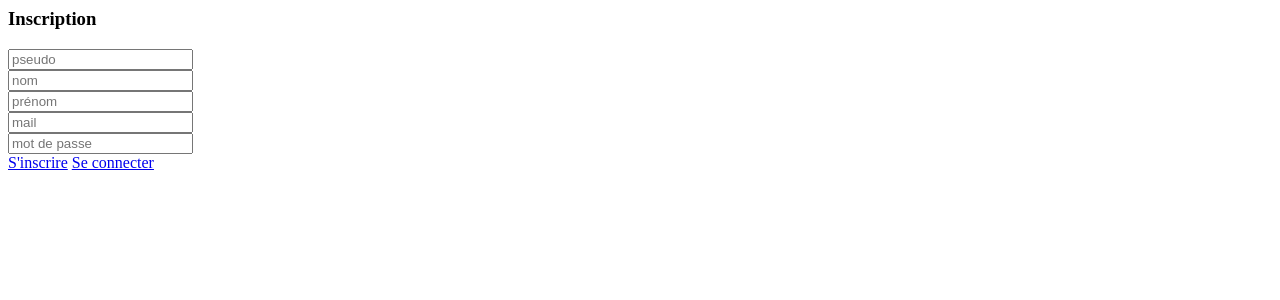
Repository: mitantsoa1/site_test
Page: http://localhost/Views/formIndexview.php
An editor plug-in stored every save of this project. The page is shown before and after the next save, followed by the edit.
The browser window is 1280 px wide. The pictures show the whole page.
The page is run by PHP 8.4 with error messages shown; the project is at /var/www/html/.

Above is the page before, as saved 2021-02-06 15:21:06.

After the next save:
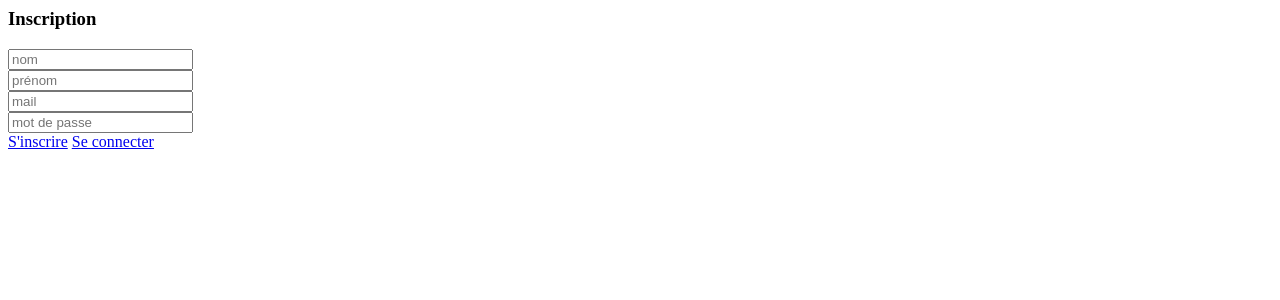
Saved 39 s later.
--- a/Views/formIndexview.php
+++ b/Views/formIndexview.php
@@ -3,10 +3,9 @@
 							<!-- Titre colonne -->
 							<h3 class="text-center">Inscription</h3>
 							<!-- Titre colone -->
-							<div class="form-group">
-
+							<!-- <div class="form-group">
 								<input type="text" id="nom" class="form-control" placeholder="pseudo">
-							</div>
+							</div> -->
 							<div class="form-group">
 
 								<input type="text" id="nom" class="form-control" placeholder="nom">
